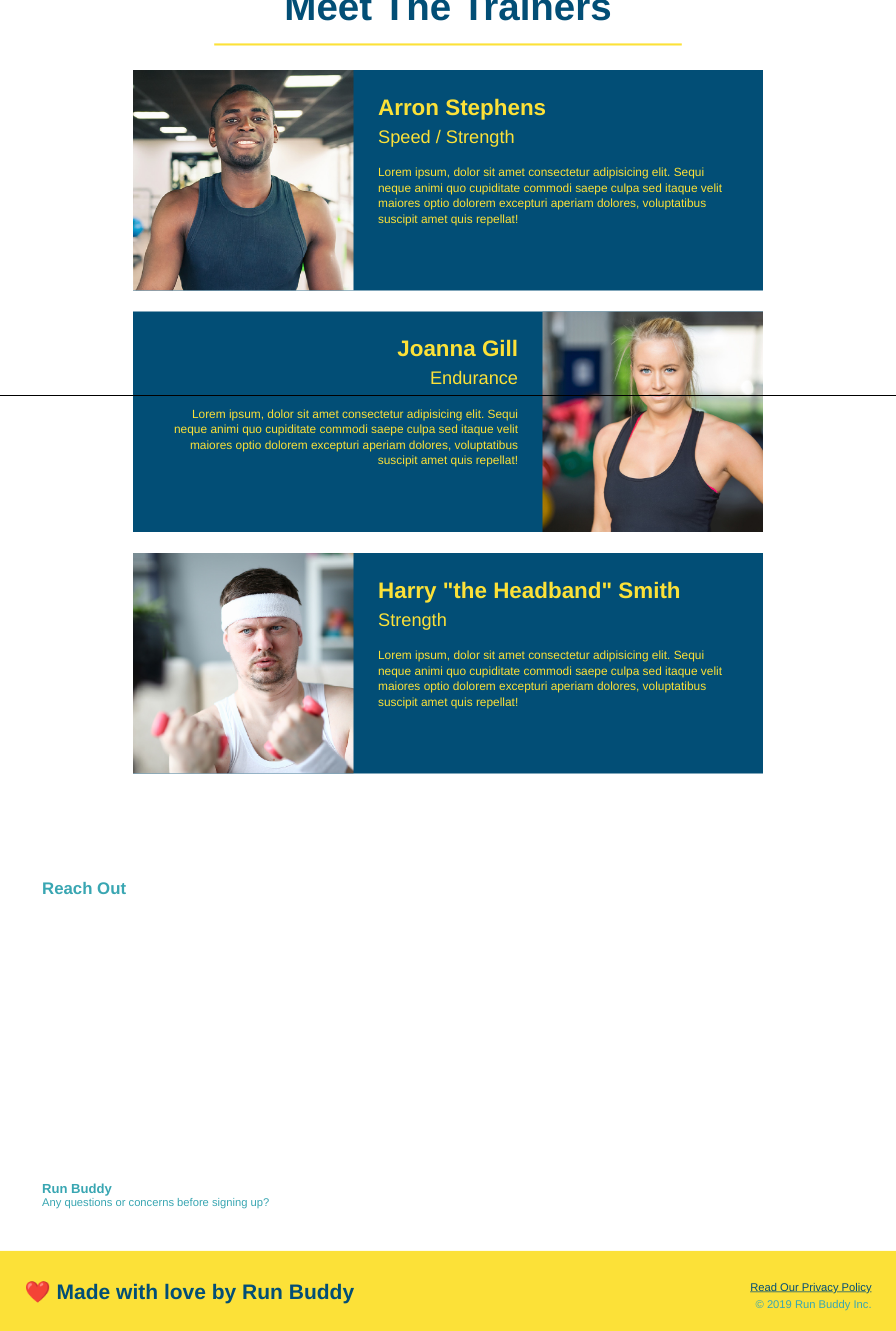
Repository: symlara/run-buddy
Page: index.html
The author's editor kept a copy of each file at every save. The page is drawn from the files as they stood at one save, then again after the next save.
The browser window is 1280 px wide. The pictures show the part of the page from y = 2340 to 4260 px (the page is 4242 px tall before and 4260 px after), at 70% of full size.
Pictures or frames that could not be fetched are drawn as grey boxes.

Above is the page before, as saved 2020-12-10 15:27:16.

After the next save:
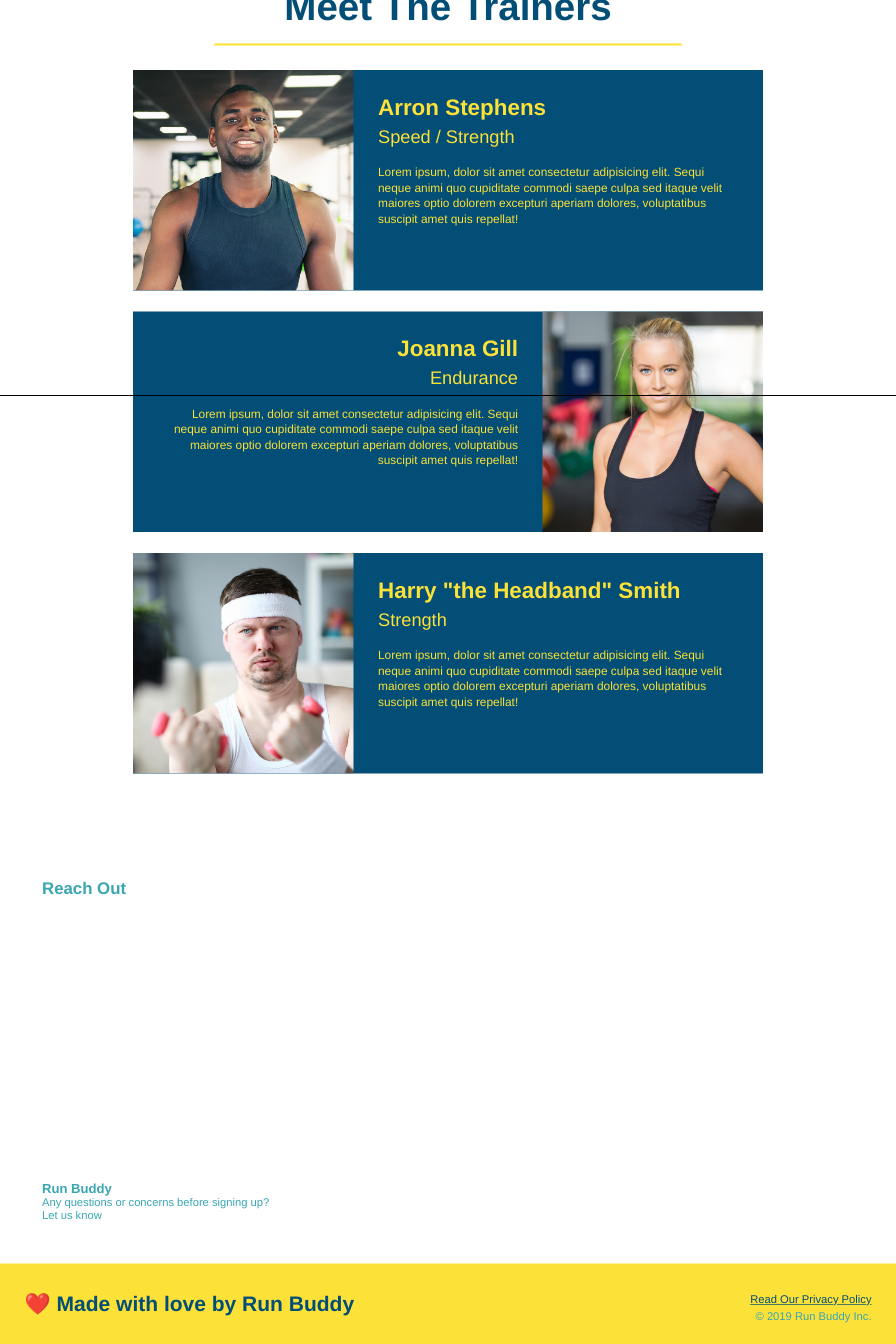
Saved 6 s later.
--- a/index.html
+++ b/index.html
@@ -176,6 +176,7 @@
                 <p>
                     Any questions or concerns before signing up?
                     <br />
+                    Let us know
                 </p>
             </div>
         </section>
